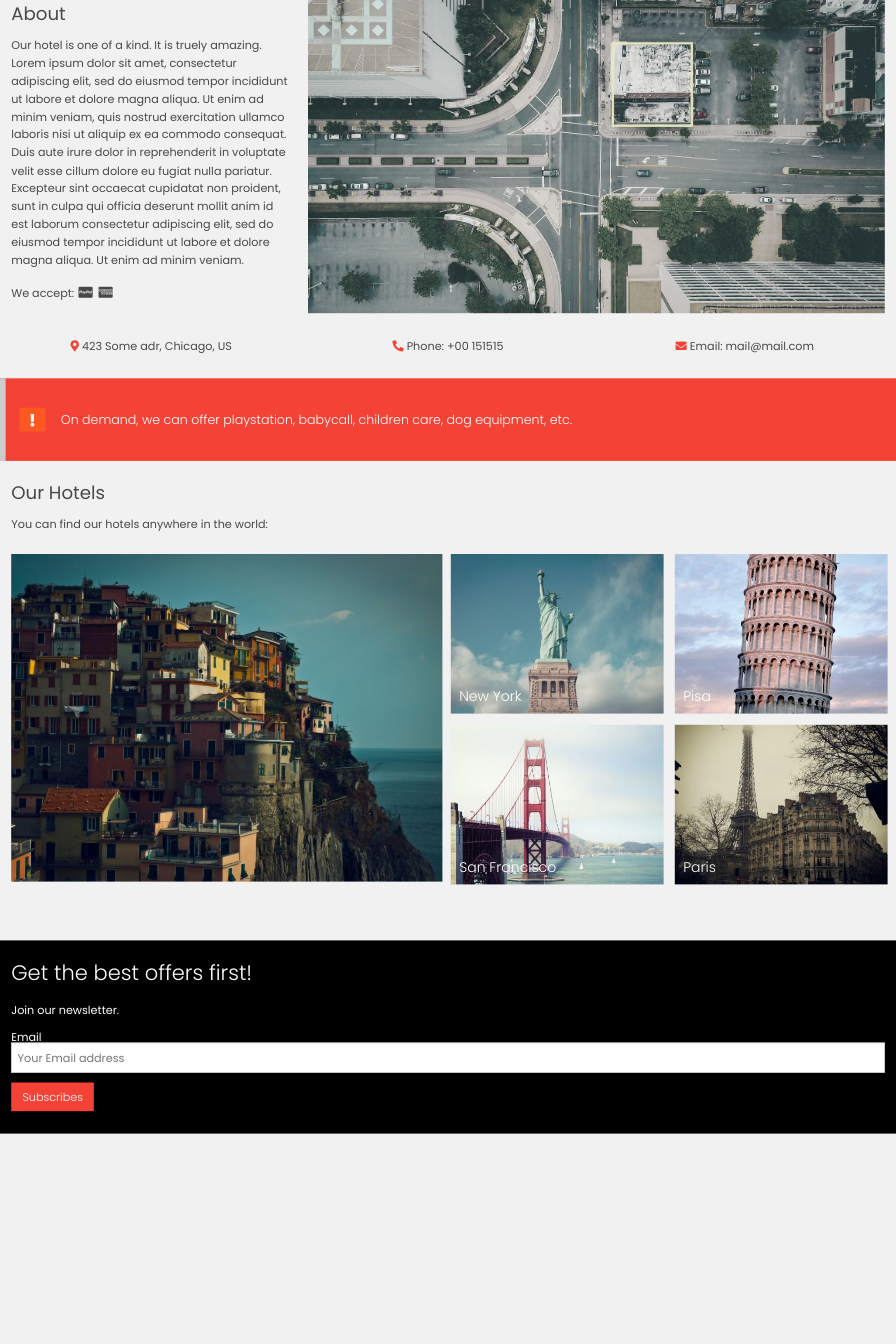
Repository: phamhuuloc/Travel_Template
Page: index.html
The author's editor kept a copy of each file at every save. The page is drawn from the files as they stood at one save, then again after the next save.
The browser window is 1280 px wide. The pictures show the part of the page from y = 1568 to 3488 px (the page is 3488 px tall), at 70% of full size.
The style sheet was rebuilt from its Sass, Less or Tailwind sources for each picture, by a compiler version that may differ from the author's.

Above is the page before, as saved 2021-09-18 16:24:12.

### index.html
<!DOCTYPE html>
<html lang="en">
  <head>
    <meta charset="UTF-8" />
    <meta http-equiv="X-UA-Compatible" content="IE=edge" />
    <meta name="viewport" content="width=device-width, initial-scale=1.0" />
    <title>Document</title>
    <!-- FONT AWESOME -->
    <link
      rel="stylesheet"
      href="https://cdnjs.cloudflare.com/ajax/libs/font-awesome/5.15.4/css/all.min.css"
      integrity="sha512-1ycn6IcaQQ40/MKBW2W4Rhis/DbILU74C1vSrLJxCq57o941Ym01SwNsOMqvEBFlcgUa6xLiPY/NS5R+E6ztJQ=="
      crossorigin="anonymous"
      referrerpolicy="no-referrer"
    />
    <!-- GOOGLE FONT -->
    <link
      href="https://fonts.googleapis.com/css2?family=Poppins:wght@50;300;400&display=swap"
      rel="stylesheet"
    />
    <!-- CSS -->
    <link rel="stylesheet" href="./assets/resets.css" />
    <link rel="stylesheet" href="./assets/grid.css" />
    <link rel="stylesheet" href="./assets/main.css" />
  </head>
  <body>
    <div class="grids">
      <header class="header">
        <div class="logo">
          <i class="fas fa-bed logo__icon"></i>
          Logo
        </div>
        <div class="header__menu">
          <ul class="header__menu-list">
            <li class="header__menu-item">Rooms</li>
            <li class="header__menu-item">About</li>
            <li class="header__menu-item">Contact</li>
          </ul>
          <button class="btn book-btn">Book Nows</button>
        </div>
      </header>
      <section class="intro">
        <img src="./assets/img/hotel.jpg" alt="" class="intro__img" />
        <form class="form-login">
          <div class="form-login__heading">
            <i class="fas fa-bed logo__icon intro-icon"></i>
            <h2 class="form-login__name">Hotel name</h2>
          </div>
          <div class="form-container">
            <div class="row">
              <div class="form__item col l-6">
                <label class="form__item-category">
                  <i class="far fa-calendar form__item-icon"></i>
                  Check Ins
                </label>
                <input
                  type="text"
                  class="form__item-input"
                  placeholder="DD MM YY"
                />
              </div>
              <div class="form__item col l-6">
                <label class="form__item-category">
                  <i class="far fa-calendar form__item-icon"></i>
                  Check Out
                </label>
                <input
                  type="text"
                  class="form__item-input"
                  placeholder="DD MM YY"
                />
              </div>
            </div>
            <div class="row">
              <div class="form__item col l-6">
                <label class="form__item-category">
                  <i class="fas fa-male form__item-icon"></i>
                  Adults
                </label>
                <input
                  type="number"
                  value="1"
                  min="1"
                  max="6"
                  class="form__item-input"
                />
              </div>
              <div class="form__item col l-6">
                <label class="form__item-category">
                  <i class="fas fa-child form__item-icon"></i>
                  Kids
                </label>
                <input
                  type="number"
                  value="0"
                  min="0"
                  max="6"
                  class="form__item-input"
                />
              </div>
            </div>
            <button class="search-btn">
              <i class="fas fa-search search-icon"></i>Search availability
            </button>
          </div>
        </form>
      </section>

      <section class="option-room">
        <div class="option-container">
          <h3 class="option-container__title">Rooms</h3>
          <span class="option-container__desc"
            >Make yourself at home is our slogan. We offer the best beds in the
            industry. Sleep well and rest well.</span
          >
          <!-- FORM LOGIN  -->
          <div class="form-container option-container__form">
            <div class="row">
              <div class="form__item col l-3">
                <label class="form__item-category">
                  <i class="far fa-calendar form__item-icon"></i>
                  Check Ins
                </label>
                <input
                  type="text"
                  class="form__item-input"
                  placeholder="DD MM YY"
                />
              </div>
              <div class="form__item col l-3">
                <label class="form__item-category">
                  <i class="far fa-calendar form__item-icon"></i>
                  Check Out
                </label>
                <input
                  type="text"
                  class="form__item-input"
                  placeholder="DD MM YY"
                />
              </div>
              <div class="form__item col l-2">
                <label class="form__item-category">
                  <i class="fas fa-male form__item-icon"></i>
                  Adults
                </label>
                <input
                  type="number"
                  value="1"
                  min="1"
                  max="6"
                  class="form__item-input"
                />
              </div>
              <div class="form__item col l-2">
                <label class="form__item-category">
                  <i class="fas fa-child form__item-icon"></i>
                  Kids
                </label>
                <input
                  type="number"
                  value="0"
                  min="0"
                  max="6"
                  class="form__item-input"
                />
              </div>
              <!-- BUTTON F0RM LOGIN -->
              <div class="form__item col l-2">
                <label class="form__item-category">
                  <i class="fas fa-search"></i> Search</label
                >
                <button class="search-btn search-btn--full">Search</button>
              </div>
            </div>
          </div>
          <div class="category-room">
            <ul class="category-room__list row">
              <li class="category-room__item col l-4">
                <img
                  src="./assets/img/room_single.jpg"
                  alt=""
                  class="category-room__img"
                />
                <div class="category-room__details">
                  <h3 class="category-room__title">Single Room</h3>
                  <span class="category-room__price">From $99</span>
                  <span class="category-room__charac">Single bed</span>
                  <span class="category-room__area">15m<sup>2</sup></span>
                  <span class="category-room__function">
                    <i class="fas fa-phone-alt"></i>
                    <i class="fas fa-wifi"></i>
                    <i class="fas fa-tv"></i>
                    <i class="fas fa-bath"></i>
                  </span>
                  <button class="btn btn-choose">Choose Room</button>
                </div>
              </li>
              <li class="category-room__item col l-4">
                <img
                  src="./assets/img/room_double.jpg"
                  alt=""
                  class="category-room__img"
                />
                <div class="category-room__details">
                  <h3 class="category-room__title">Double Room</h3>
                  <span class="category-room__price">From $99</span>
                  <span class="category-room__charac">Single bed</span>
                  <span class="category-room__area">25m<sup>2</sup></span>
                  <span class="category-room__function">
                    <i class="fas fa-phone-alt"></i>
                    <i class="fas fa-wifi"></i>
                    <i class="fas fa-tv"></i>
                    <i class="fas fa-bath"></i>
                  </span>
                  <button class="btn btn-choose">Choose Room</button>
                </div>
              </li>
              <li class="category-room__item col l-4">
                <img
                  src="./assets/img/room_deluxe.jpg"
                  alt=""
                  class="category-room__img"
                />
                <div class="category-room__details">
                  <h3 class="category-room__title">Deluxe Room</h3>
                  <span class="category-room__price">From $99</span>
                  <span class="category-room__charac">Single bed</span>
                  <span class="category-room__area">40m<sup>2</sup></span>
                  <span class="category-room__function">
                    <i class="fas fa-phone-alt"></i>
                    <i class="fas fa-wifi"></i>
                    <i class="fas fa-tv"></i>
                    <i class="fas fa-bath"></i>
                  </span>
                  <button class="btn btn-choose">Choose Room</button>
                </div>
              </li>
            </ul>
          </div>
        </div>
      </section>
      <section class="local">
        <div class="row">
          <div class="local__container col l-4">
            <h4 class="local__title">About</h4>
            <p class="local__detail">
              Our hotel is one of a kind. It is truely amazing. Lorem ipsum
              dolor sit amet, consectetur adipiscing elit, sed do eiusmod tempor
              incididunt ut labore et dolore magna aliqua. Ut enim ad minim
              veniam, quis nostrud exercitation ullamco laboris nisi ut aliquip
              ex ea commodo consequat. Duis aute irure dolor in reprehenderit in
              voluptate velit esse cillum dolore eu fugiat nulla pariatur.
              Excepteur sint occaecat cupidatat non proident, sunt in culpa qui
              officia deserunt mollit anim id est laborum consectetur adipiscing
              elit, sed do eiusmod tempor incididunt ut labore et dolore magna
              aliqua. Ut enim ad minim veniam.
            </p>
            <p class="local__payment-methods">
              We accept:
              <i class="fab fa-cc-paypal local__payment-icon"></i>
              <i class="fab fa-cc-amex local__payment-icon"></i>
            </p>
          </div>
          <img src="./assets/img/map.jpg" alt="" class="col l-8 local__img" />
        </div>
        <div class="local__contact row">
          <div class="local__contact-item col l-4">
            <i class="fas fa-map-marker-alt local__contact-icon"></i>
            423 Some adr, Chicago, US
          </div>
          <div class="local__contact-item col l-4">
            <i class="fas fa-phone-alt local__contact-icon"></i>
            Phone: +00 151515
          </div>
          <div class="local__contact-item col l-4">
            <i class="fas fa-envelope local__contact-icon"></i>
            Email: mail@mail.com
          </div>
        </div>
      </section>
      <div class="demand">
        <i class="fas fa-exclamation demand__icon"></i>
        <p class="demand__desc">
          On demand, we can offer playstation, babycall, children care, dog
          equipment, etc.
        </p>
      </div>
      <section class="our-hotels">
        <h3 class="our-hotels__title">Our Hotels</h3>
        <p class="our-hotels__desc">
          You can find our hotels anywhere in the world:
        </p>
        <div class="row sm-gutter">
          <div class="col l-6">
            <img
              src="./assets/img/cinqueterre.jpg"
              alt=""
              class="our-hotel__img"
            />
          </div>
          <div class="col l-6">
            <div class="our-hotel__extend">
              <div class="row our-hotels__extend-item">
                <div class="our-hotels__container col l-6">
                  <img src="./assets/img/newyork2.jpg" alt="" class="" />
                  <span class="our-hotels__container-name">New York</span>
                </div>
                <div class="our-hotels__container col l-6">
                  <img src="./assets/img/pisa.jpg" alt="" class="" />
                  <span class="our-hotels__container-name">Pisa</span>
                </div>
              </div>
              <div class="row our-hotels__extend-item">
                <div class="our-hotels__container col l-6">
                  <img src="./assets/img/sanfran.jpg" alt="" class="" />
                  <span class="our-hotels__container-name">San Francisco</span>
                </div>
                <div class="our-hotels__container col l-6">
                  <img src="./assets/img/paris.jpg" alt="" class="" />
                  <span class="our-hotels__container-name">Paris</span>
                </div>
              </div>
            </div>
          </div>
        </div>
      </section>
      <section class="offers">
        <h3 class="offers__title">Get the best offers first!</h3>
        <p class="offers__desc">Join our newsletter.</p>
        <label for="" class="offers__email">Email</label>
        <input
          type="text"
          class="offers__input"
          placeholder="Your Email address"
        />
        <button type="button" class="btn btn-subs">Subscribes</button>
      </section>
    </div>
  </body>
</html>

### assets/main.scss
$primary-color: #f44336;
$secondary-color: #0000;
$text-color: #484848;
$hover-color: #ccc;

@mixin flex($align: center, $justify: space-between) {
  display: flex;
  align-items: $align;
  justify-content: $justify;
}
* {
  box-sizing: border-box;
}
html {
  font-size: 62.5%;
}
body {
  background-color: #f1f1f1;
  font-family: "Poppins", sans-serif;
  margin-bottom: 30rem;
}
ul {
  list-style: none;
}
img {
  display: block;
  width: 100%;
}
a {
  text-decoration: none;
}
sup {
  font-size: 75%;
  position: relative;
  line-height: 0;
  top: -0.5em;
  vertical-align: baseline;
}
.btn {
  display: inline-block;
  font-family: "Poppins", sans-serif;
  @include flex(center, center);
  height: inherit;
  outline: none;
  cursor: pointer;
  border: 0;
}
.btn:hover {
  background-color: $hover-color;
  color: #000;
}

//HEADER
.header {
  display: flex;
  align-items: center;
  height: 4.4rem;
  background-color: white;
  font-size: 2rem;

  .logo {
    background-color: $primary-color;
    height: 100%;
    cursor: pointer;
    color: white;
    @include flex();
    padding: 1.4rem 1.8rem;

    &__icon {
      margin-right: 2rem;
    }
  }
  .logo:hover {
    background-color: $hover-color;
    color: $text-color;
  }
  &__menu {
    display: flex;
    @include flex();
    height: 100%;
    width: 100%;
    &-list {
      @include flex();
      height: 100%;
    }
    &-item {
      @include flex();
      padding: 0 2rem;
      height: 100%;
      cursor: pointer;
      color: $text-color;
      &:hover {
        background-color: #ccc;
      }
    }
  }
  .book-btn {
    background-color: #f1f1f1;
    padding: 1.4rem 1.6rem;
    color: $text-color;
    font-size: 2rem;
  }
  .book-btn:hover {
    background-color: #ccc;
    cursor: pointer;
  }
}
// SECTION INTRO
.intro {
  position: relative;
  margin-bottom: 3.8rem;
  &-icon {
    padding: 0 1.8rem;
  }
  .form-login {
    width: 64.4rem;
    position: absolute;
    top: 50%;
    left: 2rem;
    background-color: #fff;
    transform: translateY(-50%);

    &__heading {
      display: flex;
      align-items: center;

      width: 100%;
      height: 6.4rem;
      background-color: $primary-color;
      color: white;
      font-size: 3rem;
    }
  }
}
.form-container {
  padding: 1.6rem;
  .search-btn {
    font-family: "Poppins", sans-serif;
    padding: 1rem 1.6rem;
    margin-top: 8px;
    border: 0;

    outline: none;
    cursor: pointer;

    background-color: #616161;
    font-size: 1.5rem;
    color: white;
  }
  .search-btn--full {
    width: 100%;
    margin: 0;
    background-color: #000;
    color: white;
    padding: 6px 0;
  }
  .search-btn:hover {
    background-color: #ccc;
    color: $text-color;
  }
  .search-icon {
    padding-right: 2rem;
  }
}
.form__item {
  display: flex;
  flex-direction: column;
  margin-bottom: 1.6rem;
  &-category {
    font-size: 1.6rem;
    margin-bottom: 4px;
    color: $text-color;
  }
  &-input {
    padding: 1rem;
    border: 1px solid #dedede;
  }
}
.option-container {
  padding: 1.6rem;
  margin-bottom: 2rem;
  &__title {
    font-size: 2.2rem;
    margin-bottom: 3rem;
    color: $text-color;
  }
  &__desc {
    display: block;
    font-size: 1.6rem;
    margin-bottom: 2rem;
    color: $text-color;
  }
  &__form {
    padding: 1.6rem 0;
  }
}
.category-room {
  &__details {
    padding: 1.8rem;
    display: flex;
    flex-direction: column;
    background-color: white;
  }
  &__title {
    font-size: 2.6rem;
    margin-bottom: 2rem;
    color: #484848;
  }
  &__price {
    font-size: 1.6rem;
    color: #999;
    margin-bottom: 2rem;
  }
  &__charac {
    font-size: 1.4rem;
    margin-bottom: 2rem;
  }
  &__area {
    font-size: 1.6rem;
    margin-bottom: 2.8rem;
  }
  &__function {
    font-size: 1.4rem;
    margin-bottom: 2rem;
  }
  .btn-choose {
    padding: 1.2rem 0;
    background-color: #000;
    color: white;
    font-size: 1.4rem;
  }
  .btn-choose:hover {
    background-color: $hover-color;
    color: $text-color;
  }
}
.local {
  padding: 0 1.6rem;
  &__title {
    font-size: 2.6rem;
    margin-top: 2.2rem;
    margin-bottom: 2rem;
    color: $text-color;
  }
  &__detail {
    font-size: 1.6rem;
    line-height: 1.6;
    margin-bottom: 2.4rem;
    color: $text-color;
  }
  &__payment-methods {
    font-size: 1.6rem;
    color: $text-color;
  }
  &__payment-icon {
    font-size: 1.8rem;
    margin: 0 2px;
  }
  &__img {
    filter: grayscale(75%);
  }
  &__contact {
    padding: 3.8rem 0;
    &-icon {
      color: $primary-color;
      font-size: 1.6rem;
    }
    &-item {
      text-align: center;
      font-size: 1.6rem;
      color: $text-color;
    }
  }
}
.demand {
  padding: 4.2rem 0 4.2rem 2rem;
  background-color: $primary-color;
  border-left: 8px solid #ccc;
  @include flex(center, none);
  margin-bottom: 3.2rem;
  &__icon {
    color: white;
    font-size: 1.8rem;
    padding: 8px 15px;
    background-color: #ff5722;
    margin-right: 2.2rem;
  }
  &__desc {
    font-size: 1.8rem;
    color: white;
    font-weight: 350;
  }
}
.our-hotels {
  padding: 0 1.6rem;
  margin-bottom: 6.4rem;
  &__title {
    font-size: 2.6rem;
    color: $text-color;
    margin-bottom: 2.5rem;
  }
  &__desc {
    display: block;
    margin-bottom: 3.4rem;
    color: $text-color;
    font-size: 1.6rem;
  }
  &__extend {
    &-item {
      margin-bottom: 16px;
    }
  }
  &__container {
    position: relative;
    &-name {
      position: absolute;
      left: 0;
      bottom: 0;

      padding: 1.5rem 2rem;
      font-size: 2rem;
      font-weight: 350;
      color: white;
    }
  }
}
.offers {
  background-color: #000;
  padding: 3.2rem 1.6rem;
  // display: flex;
  // flex-direction: column;
  &__title {
    color: white;
    font-size: 3rem;
    font-weight: 350;
    margin-bottom: 3rem;
  }
  &__desc {
    color: white;
    font-size: 1.6rem;
    margin-bottom: 2.2rem;
  }
  &__email {
    color: white;
    font-size: 1.6rem;
  }
  &__input {
    font-family: "Poppins", sans-serif;
    border: 1px solid #ccc;
    display: block;
    width: 100%;
    padding: 8px;
    font-size: 1.6rem;
    margin-bottom: 1.4rem;
  }
  .btn-subs {
    background-color: $primary-color;
    padding: 0.8rem 1.6rem;
    color: white;
    font-size: 1.6rem;
    font-weight: 350;
  }
  .btn-subs:hover {
    background-color: $hover-color;
    color: $text-color;
  }
}

Loaded but not shown: assets/resets.css (common file); assets/grid.css (430 lines, source omitted)

After the next save:
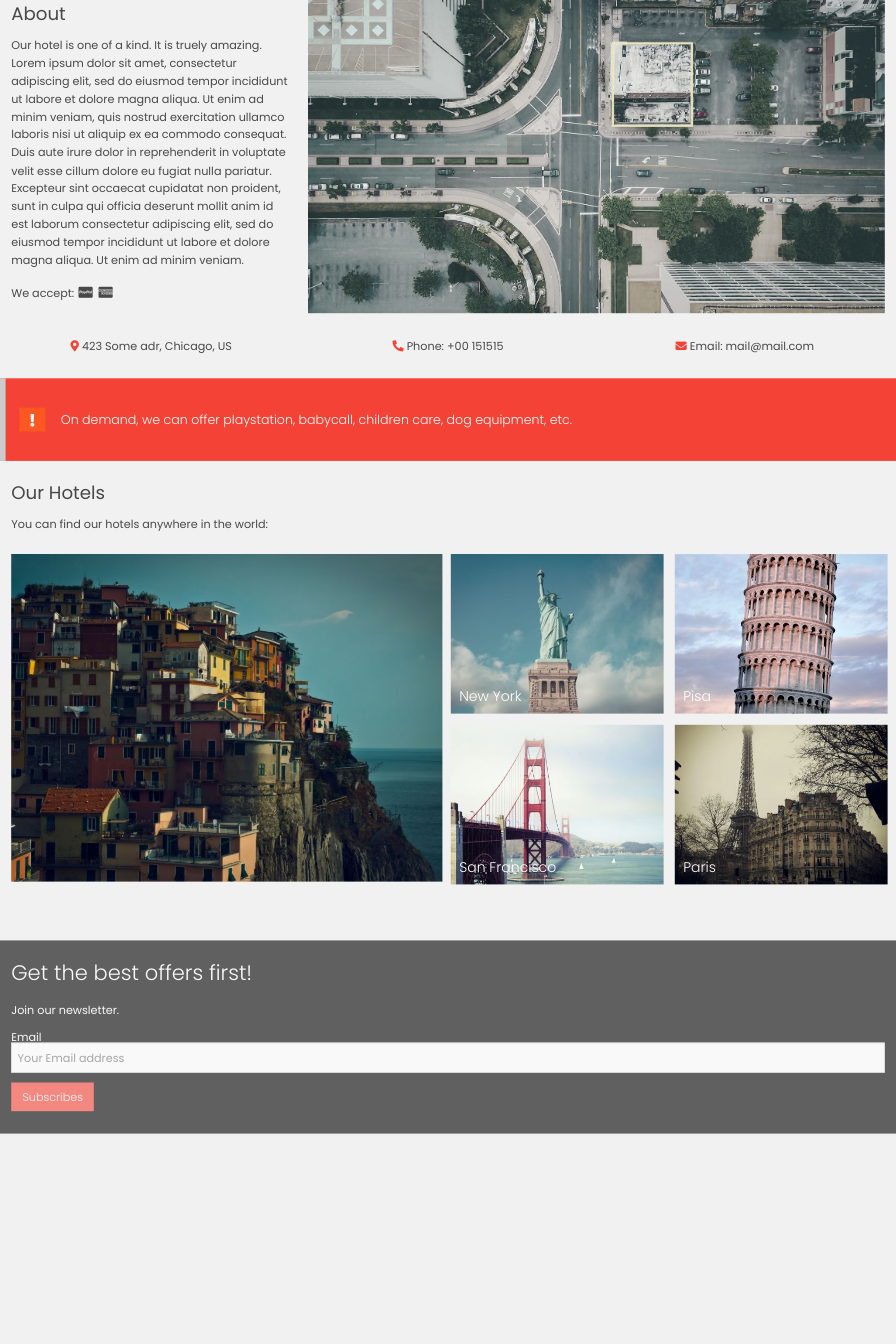
Saved 18 s later.
--- a/assets/main.scss
+++ b/assets/main.scss
@@ -327,6 +327,7 @@ sup {
 .offers {
   background-color: #000;
   padding: 3.2rem 1.6rem;
+  opacity: 0.6;
   // display: flex;
   // flex-direction: column;
   &__title {
